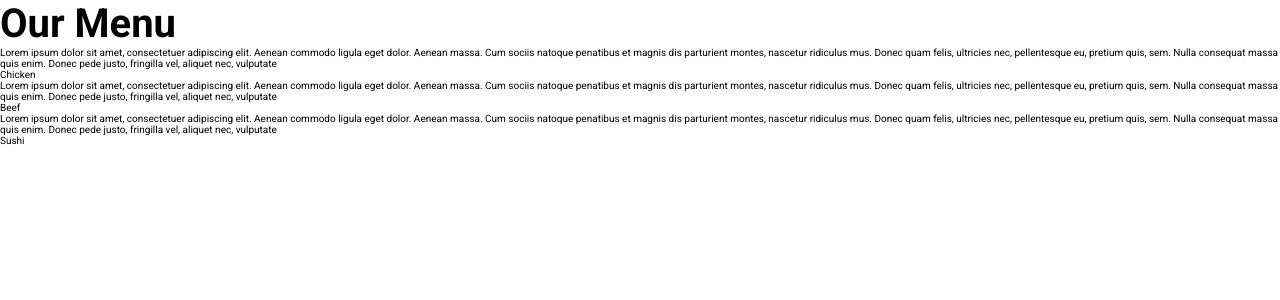
Repository: Normandy72/module2-solution
Page: index.html
These files come from the project's save history. The page is drawn as it stood at one moment and after the next save; the edit follows.
The browser window is 1280 px wide. The pictures show the whole page.

Above is the page before, as saved 2022-12-05 14:43:41.

### index.html
<!DOCTYPE html>
<html lang="en">
<head>
    <meta charset="UTF-8">
    <meta http-equiv="X-UA-Compatible" content="IE=edge">
    <meta name="viewport" content="width=device-width, initial-scale=1.0">
    <title>Our menu</title>
    <link href="https://fonts.googleapis.com/css2?family=Roboto:ital,wght@0,100;0,300;0,400;0,500;0,700;0,900;1,100;1,300;1,400;1,500;1,700;1,900&display=swap" rel="stylesheet">
    <link rel="stylesheet" href="styles/style.css">
</head>
<body>
    <h1>Our Menu</h1>
    <div>
        <p>Lorem ipsum dolor sit amet, consectetuer adipiscing elit. Aenean commodo ligula eget dolor. Aenean massa. Cum sociis natoque penatibus et magnis dis parturient montes, nascetur ridiculus mus. Donec quam felis, ultricies nec, pellentesque eu, pretium quis, sem. Nulla consequat massa quis enim. Donec pede justo, fringilla vel, aliquet nec, vulputate</p>
        <div>Chicken</div>
    </div>
    <div>
        <p>Lorem ipsum dolor sit amet, consectetuer adipiscing elit. Aenean commodo ligula eget dolor. Aenean massa. Cum sociis natoque penatibus et magnis dis parturient montes, nascetur ridiculus mus. Donec quam felis, ultricies nec, pellentesque eu, pretium quis, sem. Nulla consequat massa quis enim. Donec pede justo, fringilla vel, aliquet nec, vulputate</p>
        <div>Beef</div>
    </div>
    <div>
        <p>Lorem ipsum dolor sit amet, consectetuer adipiscing elit. Aenean commodo ligula eget dolor. Aenean massa. Cum sociis natoque penatibus et magnis dis parturient montes, nascetur ridiculus mus. Donec quam felis, ultricies nec, pellentesque eu, pretium quis, sem. Nulla consequat massa quis enim. Donec pede justo, fringilla vel, aliquet nec, vulputate</p>
        <div>Sushi</div>
    </div>
</body>
</html>

### styles/style.css
*{
    font-family: 'Roboto', sans-serif;
    font-size: 10px;

    margin: 0;
    padding: 0;
    box-sizing: border-box;
}

h1{
    font-size: 4em;
}

After the next save:
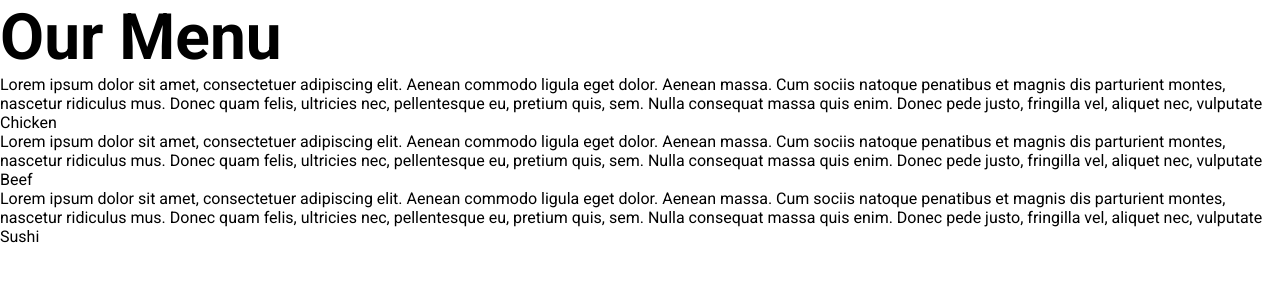
Saved 5 s later.
--- a/styles/style.css
+++ b/styles/style.css
@@ -1,6 +1,5 @@
 *{
     font-family: 'Roboto', sans-serif;
-    font-size: 10px;
 
     margin: 0;
     padding: 0;
